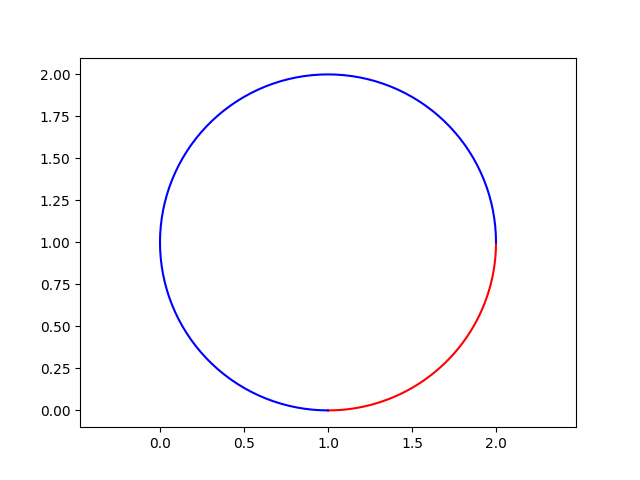
Repository: lbylzkx/Circle-Point-Manuscript
Script's output: python flowers.py
An editor plug-in stored every save of this project. The script's output is shown before and after the next save, followed by the edit.
Random numbers start from a fixed seed.

Above is the script's output before, as saved 2023-10-11 10:30:33.

### flowers.py
import matplotlib.pyplot as plt
import numpy as np
import sys
sys.path.append('C:/Userslbylzk/Documents/BaiduSyncdisk/Flowers')


class Draw_Arc:

    # point1 = [0, 0]
    # point2 = [0, 0]
    # center = [0, 0]

    # def __init__(self) -> None:
    #     point1 = [0, 0]
    #     point2 = [0, 0]
    #     center = [0, 0]

    """"""
    # 从point1到point2的圆弧
    """"""

# 顺时针
    @classmethod
    def arc(cls, center, point1, point2, color='b'):
        # 计算端点到圆心的向量
        vector1 = np.array(point1) - np.array(center)
        vector2 = np.array(point2) - np.array(center)

        # 计算向量的模长
        r1 = np.linalg.norm(vector1)
        r2 = np.linalg.norm(vector2)

        # 计算向量之间的夹角
        theta1 = np.arctan2(vector1[1], vector1[0])
        theta2 = np.arctan2(vector2[1], vector2[0])

        # 确保 theta2 > theta1
        if theta1 < theta2:
            theta1 += 2 * np.pi

        # 计算圆弧上的点
        t = np.linspace(theta1, theta2, 100)
        x = center[0] + r1 * np.cos(t)
        y = center[1] + r1 * np.sin(t)

        # X,Y轴等长
        plt.axis('equal')
        # 绘制圆弧
        plt.plot(x, y, color)

# 逆时针
    @classmethod
    def arc_inverse(cls, center, point1, point2, color='b'):
        # 计算端点到圆心的向量
        vector1 = np.array(point1) - np.array(center)
        vector2 = np.array(point2) - np.array(center)

        # 计算向量的模长
        r1 = np.linalg.norm(vector1)
        r2 = np.linalg.norm(vector2)

        # 计算向量之间的夹角
        theta1 = np.arctan2(vector1[1], vector1[0])
        theta2 = np.arctan2(vector2[1], vector2[0])

        # 确保 theta2 > theta1
        if theta2 < theta1:
            theta2 += 2 * np.pi

        # 计算圆弧上的点
        t = np.linspace(theta1, theta2, 100)
        x = center[0] + r1 * np.cos(t)
        y = center[1] + r1 * np.sin(t)

        # X,Y轴等长
        plt.axis('equal')
        # 绘制圆弧
        plt.plot(x, y, color)

    """通过角度画圆弧
    """
# 角度画弧
    @classmethod
    def arc_degree(cls, center, radius, angle1, angle2, color='b'):
        angle = np.linspace(angle1, angle2, 1000)
        x = center[0] + radius * np.cos(angle)
        y = center[1] + radius * np.sin(angle)
        plt.axis('equal')
        plt.plot(x, y, color)


Draw_Arc.arc((1, 1), (2, 1), (1, 0), 'r')
Draw_Arc.arc((1, 1), (1, 0), (2, 1))
plt.show()

After the next save:
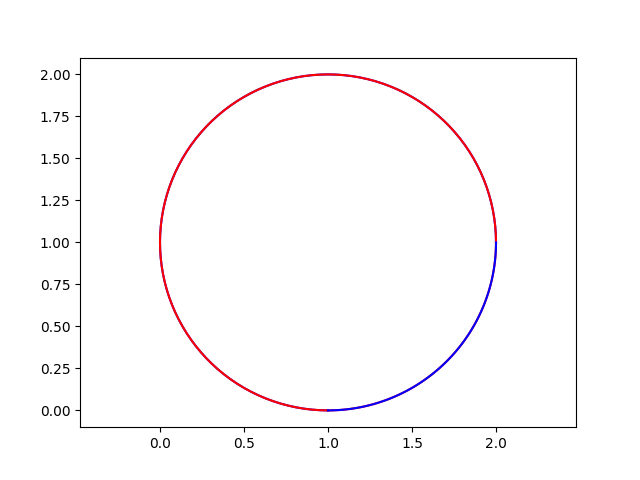
Saved 34 s later.
--- a/flowers.py
+++ b/flowers.py
@@ -91,4 +91,9 @@ class Draw_Arc:
 
 Draw_Arc.arc((1, 1), (2, 1), (1, 0), 'r')
 Draw_Arc.arc((1, 1), (1, 0), (2, 1))
+
+
+Draw_Arc.arc_inverse((1, 1), (2, 1), (1, 0), 'r')
+Draw_Arc.arc_inverse((1, 1), (1, 0), (2, 1))
+
 plt.show()
